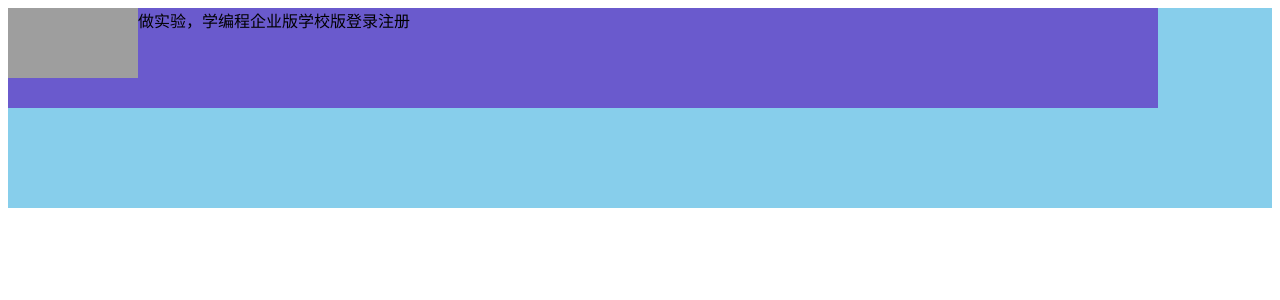
Repository: wuguozheng/xxbb
Page: /
An editor plug-in stored every save of this project. The page is shown before and after the next save, followed by the edit.
The browser window is 1280 px wide. The pictures show the whole page.
Pictures or frames that could not be fetched are drawn as grey boxes. The project was rebuilt for these pictures with package versions that can differ from the ones it lists, and the page was loaded fresh each time.

Above is the page before, as saved 2020-06-01 11:50:28.

### src/App.vue
<template>
  <div id="app">

    <router-view/>
  </div>
</template>

<style lang="scss">

</style>

### src/views/Home.vue
<template>
 <div>
    <mxs1></mxs1>
 </div>
</template>

<script>
import Mxs1 from '../components/home/Mxs1'
 export default {
   name: '',
   props: {
   },
   components: {
     Mxs1,
   },
   data () {
     return {

     }
   },
   methods: {

   },
   mounted() {

   },
   watch: {

   },
   computed: {

   }
 }
</script>

<style scoped lang='scss'>

</style>

### src/components/home/Mxs1.vue
<template>
 <div>
   <div class="rap">
     <div class="rap-1">
       <img data-v-7629dae3="" src="https://static.shiyanlou.com/frontend/dist/img/9f43b00.svg" alt="实验楼" width="130" height="70">
       <div>做实验，学编程</div>
       <div class="rap-2">
         <div>企业版</div>
         <div class="tomi"></div>
         <div>学校版</div>
         <div>登录</div>
         <div>注册</div>
       </div>
     </div>
   </div>
 </div>
</template>

<script>

 export default {
   name: '',
   props: {
   },
   components: {

   },
   data () {
     return {

     }
   },
   methods: {

   },
   mounted() {

   },
   watch: {

   },
   computed: {

   }
 }
</script>

<style scoped lang='scss'>
.rap {
  width: 100%;
  height: 200px;
  background: skyblue;
}
.rap-1 {
  width: 1150px;
  height: 100px;
  background: slateblue;
  display: flex;
}
.rap-2 {
  display: flex;
}
</style>

Loaded but not shown: src/main.js (common file); src/router/index.js (common file); src/store/index.js (common file)

After the next save:
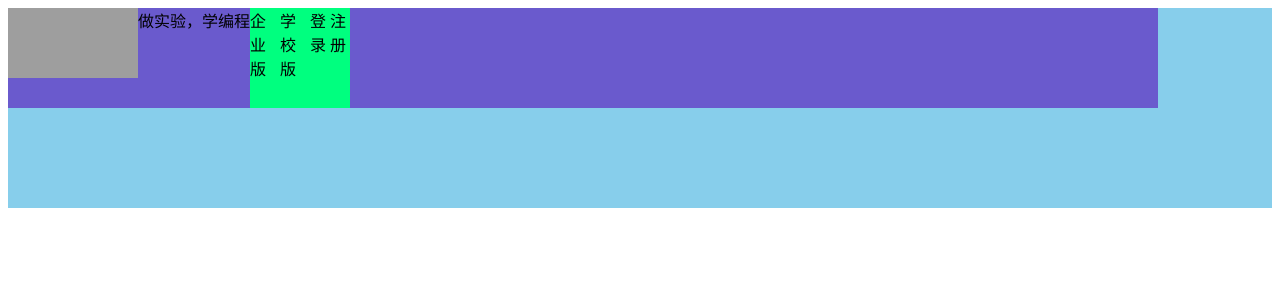
Saved 96 s later.
--- a/src/components/home/Mxs1.vue
+++ b/src/components/home/Mxs1.vue
@@ -9,7 +9,7 @@
          <div class="tomi"></div>
          <div>学校版</div>
          <div>登录</div>
-         <div>注册</div>
+         <div class="">注册</div>
        </div>
      </div>
    </div>
@@ -59,5 +59,8 @@
 }
 .rap-2 {
   display: flex;
+  width: 100px;
+  height: 100px;
+  background: springgreen;
 }
 </style>
